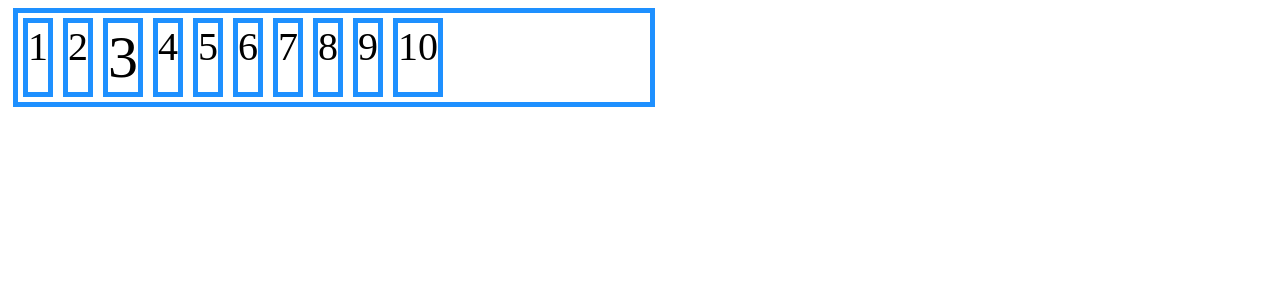
Repository: eversonps/flexbox-grid-css
Page: flexbox/flexbox1.html
An editor plug-in stored every save of this project. The page is shown before and after a run of saves, followed by the edit.
The browser window is 1280 px wide. The pictures show the whole page.

Above is the page before, as saved 2022-03-23 15:19:00.

After the next 2 saves:
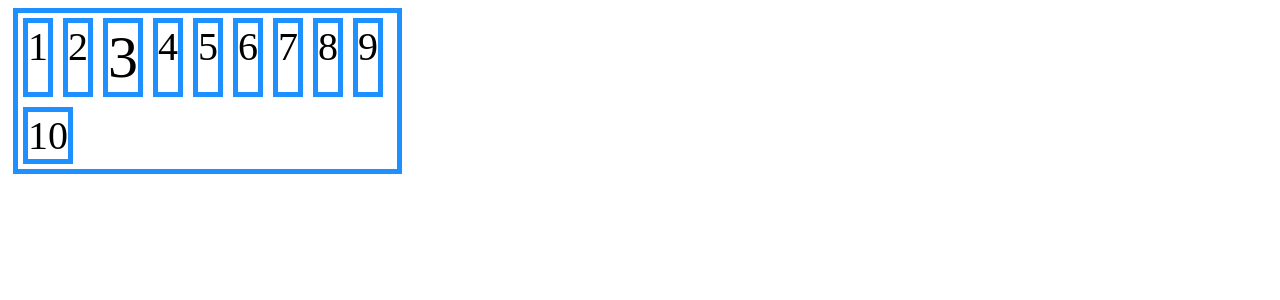
The 2 saves are shown as one change because they came seconds apart.
The last was saved 58 s later.
--- a/flexbox/flexbox1.html
+++ b/flexbox/flexbox1.html
@@ -22,7 +22,8 @@
             flex-direction: column-reverse;
             flex-direction: row-reverse;
             flex-direction: row;
-            width: 50%;
+            width: 30%;
+            flex-wrap: wrap;
         }
 
     </style>
